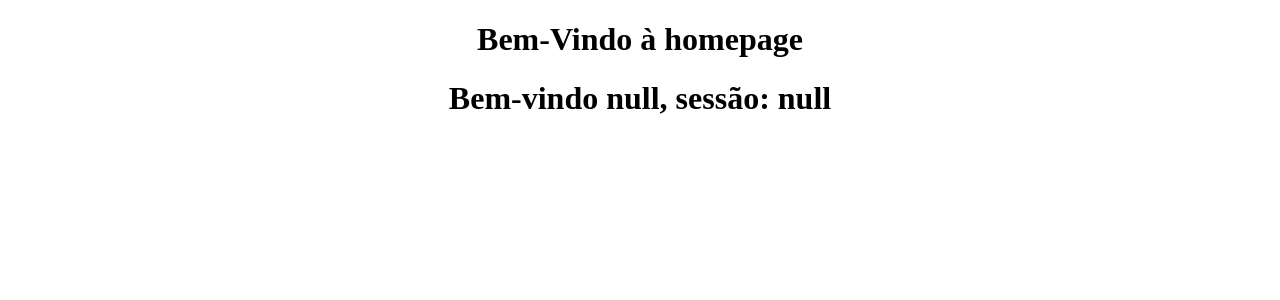
Repository: EikkoMass/WorkspaceTrilhaSeguranca
Page: ProjetoTrilhaSeguranca/WebContent/Acesso/principal.html
The author's editor kept a copy of each file at every save. The page is drawn from the files as they stood at one save, then again after the next save.
The browser window is 1280 px wide. The pictures show the whole page.

Above is the page before, as saved 2022-02-17 22:03:36.

After the next save:
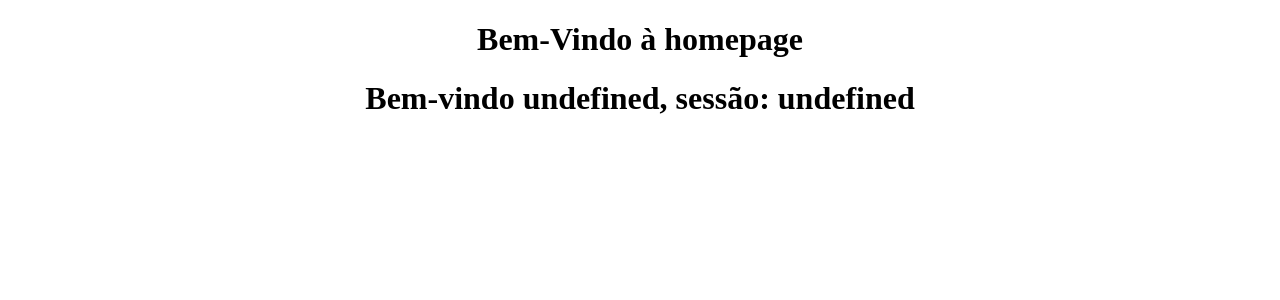
Saved 7 min 41 s later.
--- a/ProjetoTrilhaSeguranca/WebContent/js/principal.js
+++ b/ProjetoTrilhaSeguranca/WebContent/js/principal.js
@@ -7,6 +7,12 @@ const username = urlParams.get('username');
 
 let content = document.querySelector('#content');
 
-content.append(`Bem-vindo ${username}, sessão: ${sessionId}`);
+content.append(`Bem-vindo ${getCookie('login')}, sessão: ${getCookie('sessionId')}`);
 
 });
+
+function getCookie(name) {
+  const value = `; ${document.cookie}`;
+  const parts = value.split(`; ${name}=`);
+  if (parts.length === 2) return parts.pop().split(';').shift();
+}
